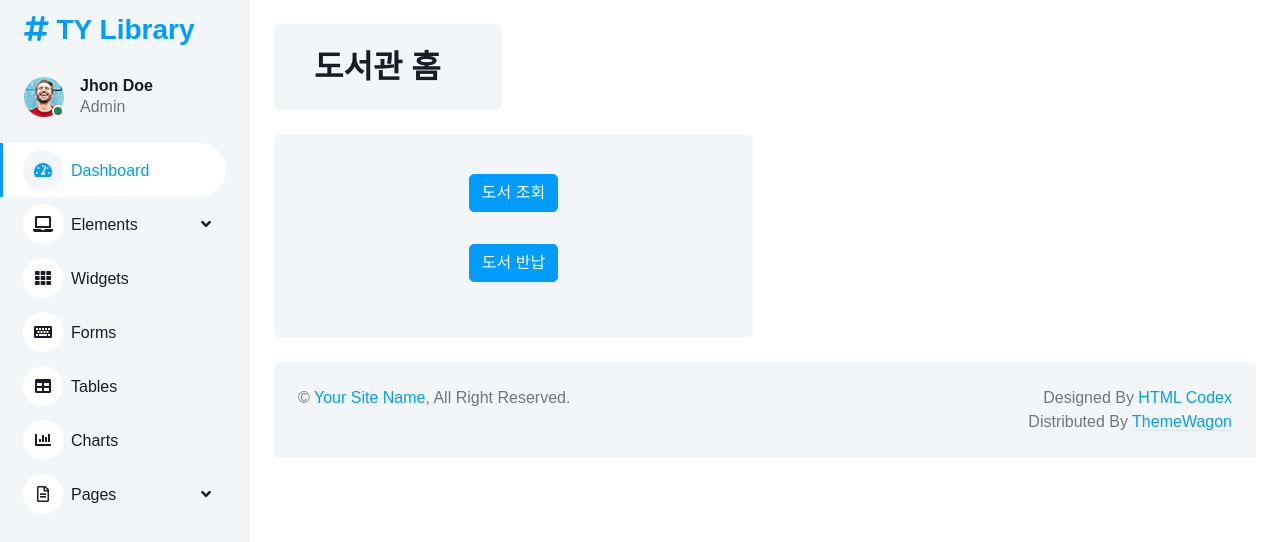
Repository: maryong2/myfirstgitproject
Page: http://localhost/library/WEB-INF/views/admin/librarian-home.jsp
The author's editor kept a copy of each file at every save. The page is drawn from the files as they stood at one save, then again after the next save.
The browser window is 1280 px wide. The pictures show the whole page.
Some web fonts or font styles are not loaded; a fallback is used. Some web libraries are served in a nearby version. The page is served by Tomcat 9. Nobody is signed in. The template is opened directly, without the code that normally fills it, so the values that code supplies are empty.

Above is the page before, as saved 2023-11-26 08:38:37.
Console error: TypeError: Cannot read properties of undefined (reading 'getContext')

After the next save:
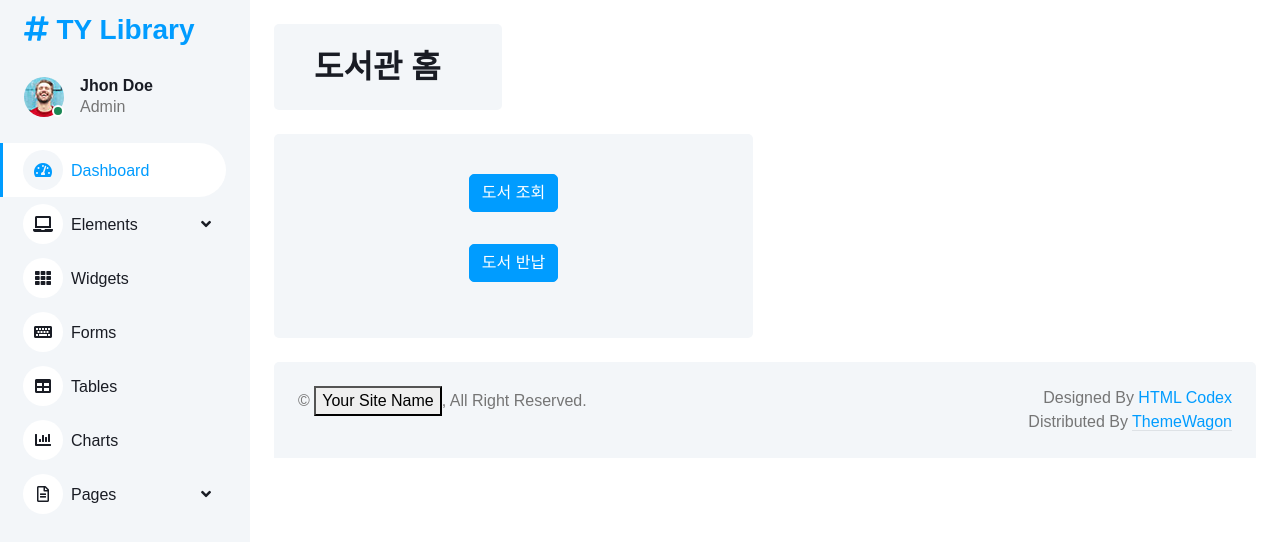
Saved 64 s later.
--- a/library/src/main/webapp/WEB-INF/views/admin/librarian-home.jsp
+++ b/library/src/main/webapp/WEB-INF/views/admin/librarian-home.jsp
@@ -187,7 +187,7 @@
 				<div class="bg-light rounded-top p-4">
 					<div class="row">
 						<div class="col-12 col-sm-6 text-center text-sm-start">
-							&copy; <a href="#">Your Site Name</a>, All Right Reserved.
+							&copy; <button id="out">Your Site Name</button>, All Right Reserved.
 						</div>
 						<div class="col-12 col-sm-6 text-center text-sm-end">
 							<!--/*** This template is free as long as you keep the footer author’s credit link/attribution link/backlink. If you'd like to use the template without the footer author’s credit link/attribution link/backlink, you can purchase the Credit Removal License from "https://htmlcodex.com/credit-removal". Thank you for your support. ***/-->
